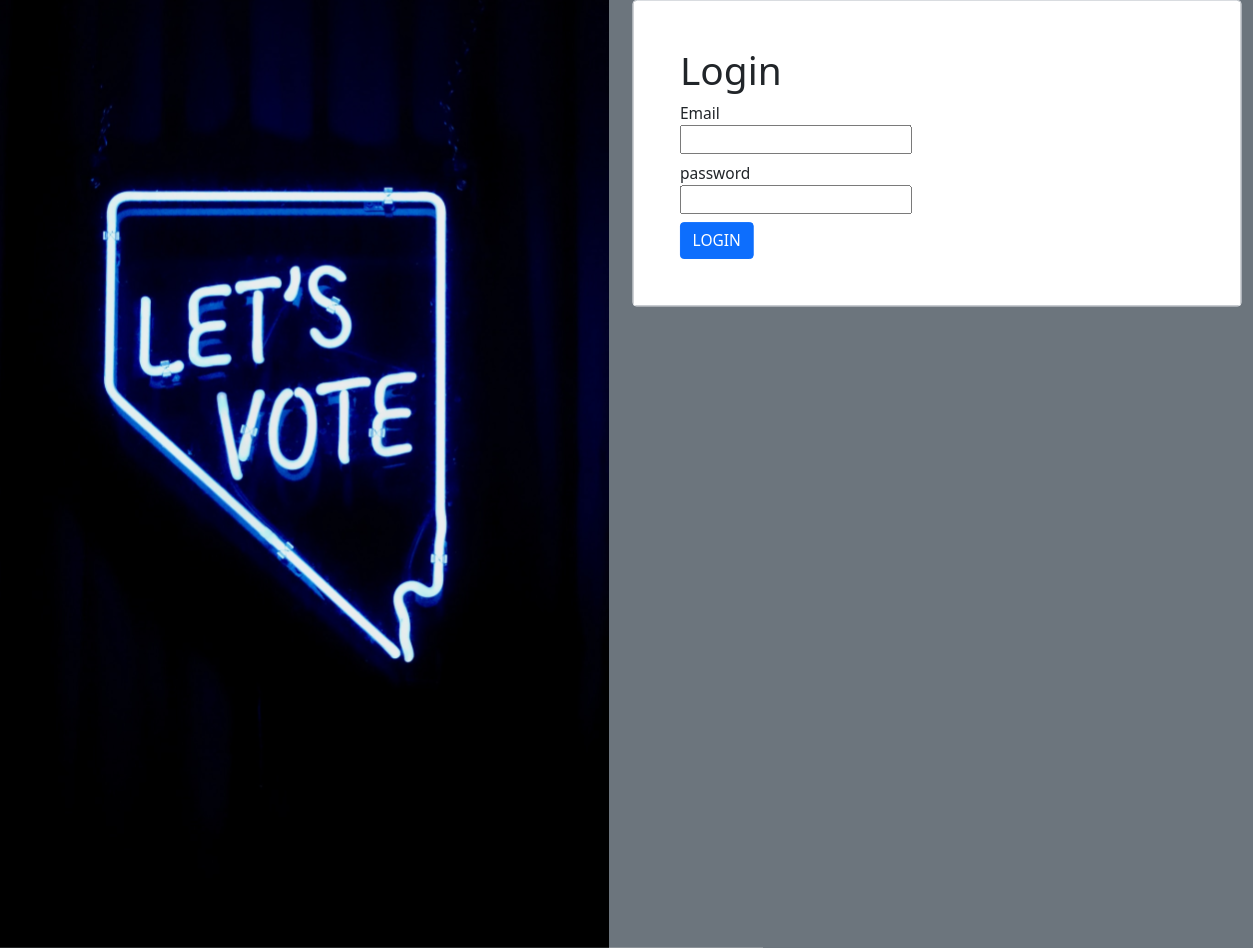
Repository: DavidManiIbrahim/Voting-app
Page: Login.html
These files come from the project's save history. The page is drawn as it stood at one moment and after a run of saves; the edit follows.
The browser window is 1280 px wide. The page is 1292 px wide, so the pictures cover 1292 px, including what lies to the right of the window. The pictures show the whole page, at 97% of full size.

Above is the page before, as saved 2025-01-18 07:00:30.

### Login.html
<!DOCTYPE html>
<html lang="en">
<head>
    <meta charset="UTF-8">
    <meta name="viewport" content="width=device-width, initial-scale=1.0">
    <title>Login Page</title>
    <link rel="stylesheet" href="./bootstrap.css">
</head>
<body>

<style>
    form{
        margin:100px auto;
    }
</style>

<div class="row bg-secondary">
    <div class="col-md  container-fluid">
        <img src="./unsplash_LA1VawaCjjI.svg" alt="login image" class=" img-fluid" width="100%">
    </div>
    <div class="col-md text-white align-items-center">
        <form action="" class="w-5   border p-5 m-auto top-50 form-control">
            <h1>Login</h1>
            <label for="email" class="form-label">Email  <br>
                <input class="formcontrol" type="text">
            </label> <br>
            <label class="form-label"" for="password">password  <br>
                <input class=""form-control type="password" class="form-text">
            </label> <br>
            <button class="btn btn-primary">LOGIN</button>
        </form>
    </div>
</div>








<script src="./bootstrap.min.js"></script>
</body>
</html>

Loaded but not shown: bootstrap.css (library); bootstrap.min.js (library)

After the next 2 saves:
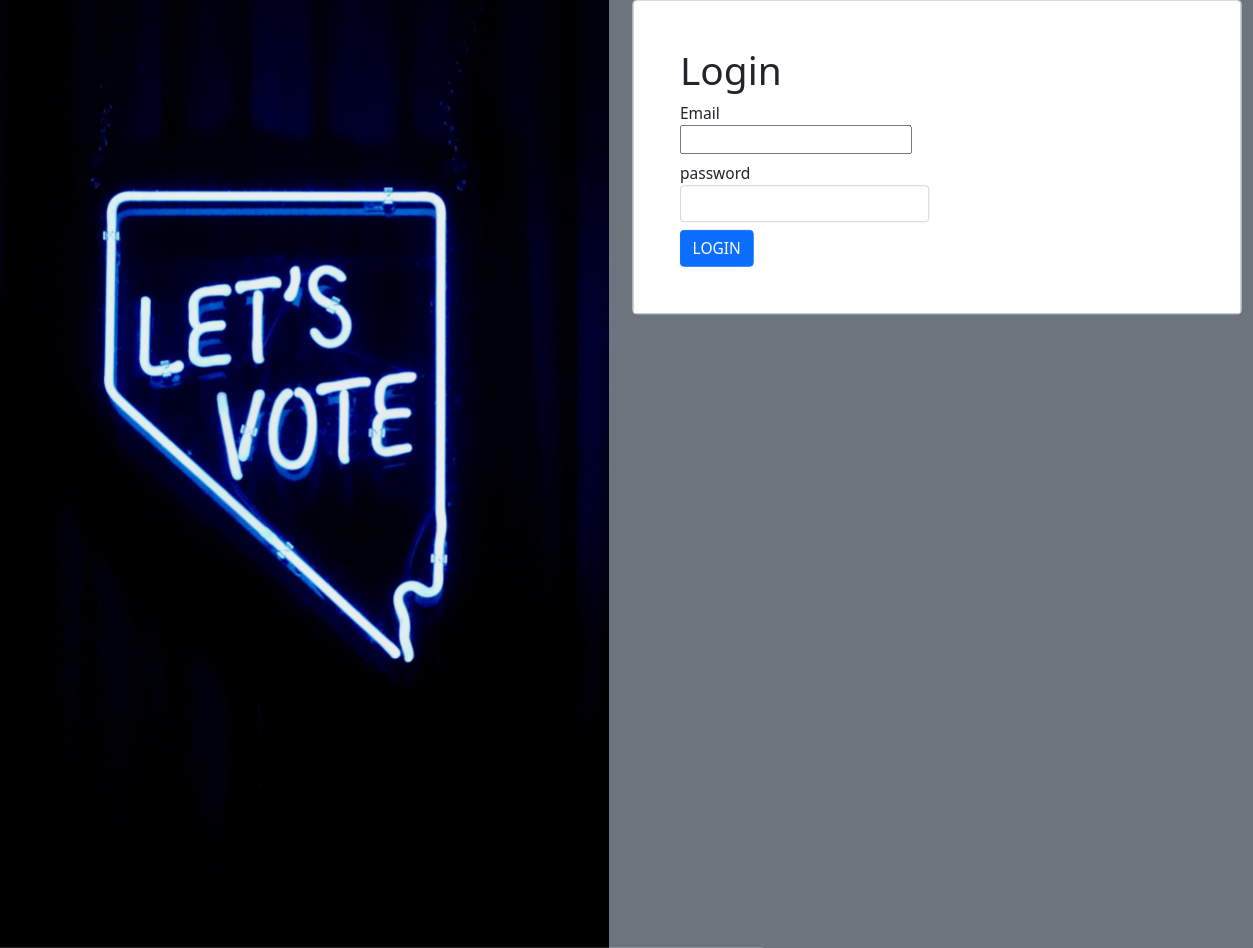
The 2 saves are shown as one change because they came seconds apart.
The last was saved 22 s later.
--- a/Login.html
+++ b/Login.html
@@ -25,7 +25,7 @@
                 <input class="formcontrol" type="text">
             </label> <br>
             <label class="form-label"" for="password">password  <br>
-                <input class=""form-control type="password" class="form-text">
+                <input class="form-control" type="password" class="form-text">
             </label> <br>
             <button class="btn btn-primary">LOGIN</button>
         </form>
